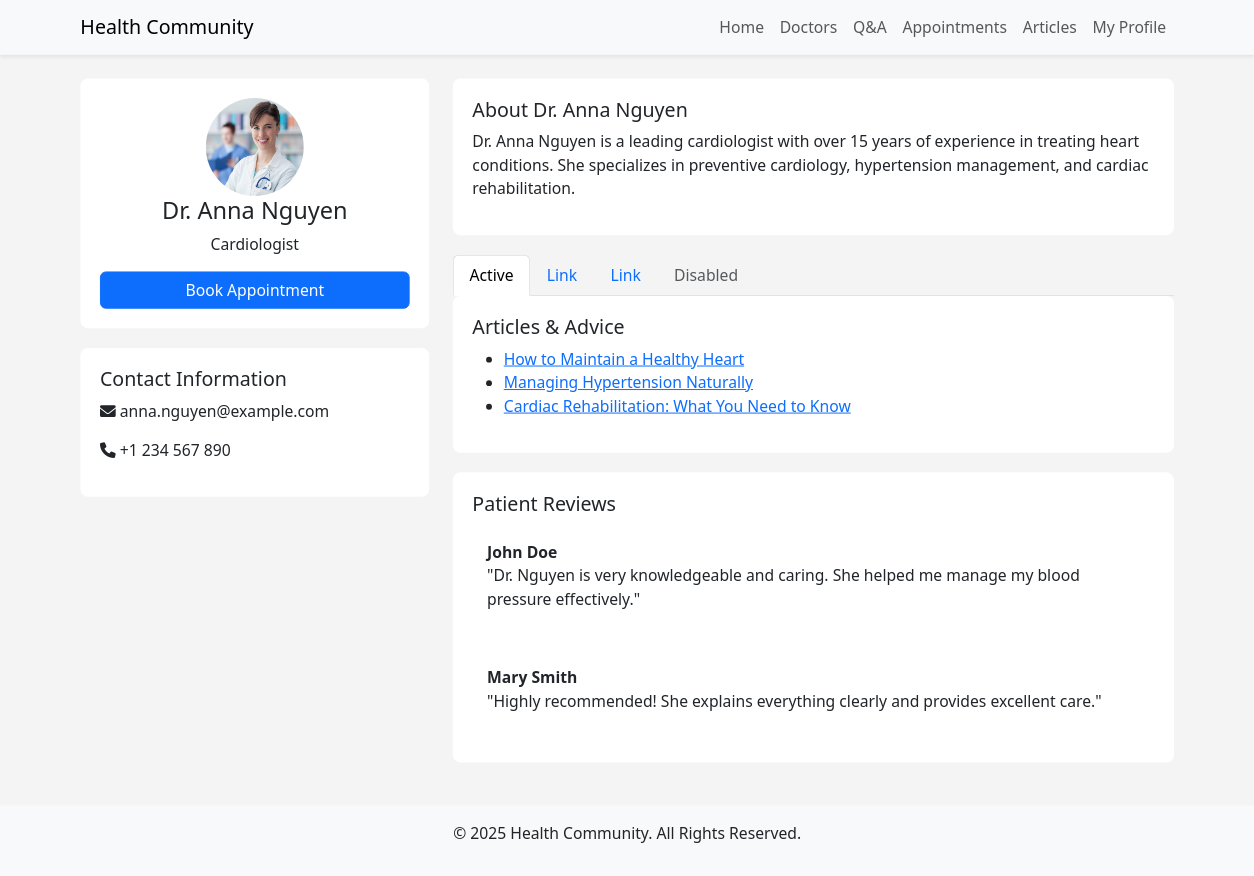
Repository: JonesKhaii/CodySocial
Page: tests/web-test/doctor-profile.html
An editor plug-in stored every save of this project. The page is shown before and after the next save, followed by the edit.
The browser window is 1280 px wide. The pictures show the whole page, at 98% of full size.

Above is the page before, as saved 2025-02-07 10:41:02.

### tests/web-test/doctor-profile.html
<!DOCTYPE html>
<html lang="en">
    <head>
        <meta charset="UTF-8" />
        <meta name="viewport" content="width=device-width, initial-scale=1.0" />
        <title>Doctor Profile | Health Community</title>
        <link
            rel="stylesheet"
            href="https://cdn.jsdelivr.net/npm/bootstrap@5.3.0/dist/css/bootstrap.min.css"
        />
        <link
            rel="stylesheet"
            href="https://cdnjs.cloudflare.com/ajax/libs/font-awesome/6.0.0/css/all.min.css"
        />
        <style>
            body {
                background-color: #f4f4f4;
            }
            .profile-card {
                background: white;
                padding: 20px;
                border-radius: 8px;
                margin-bottom: 20px;
            }
            .profile-photo {
                width: 100px;
                height: 100px;
                border-radius: 50%;
            }
            .review-box {
                background: white;
                padding: 15px;
                border-radius: 8px;
                margin-top: 10px;
            }
        </style>
    </head>
    <body>
        <nav class="navbar navbar-expand-lg navbar-light bg-light shadow-sm">
            <div class="container">
                <a class="navbar-brand" href="#">Health Community</a>
                <button
                    class="navbar-toggler"
                    type="button"
                    data-bs-toggle="collapse"
                    data-bs-target="#navbarNav"
                >
                    <span class="navbar-toggler-icon"></span>
                </button>
                <div class="collapse navbar-collapse" id="navbarNav">
                    <ul class="navbar-nav ms-auto">
                        <li class="nav-item">
                            <a class="nav-link" href="index2.html">Home</a>
                        </li>
                        <li class="nav-item">
                            <a class="nav-link" href="doctors.html">Doctors</a>
                        </li>
                        <li class="nav-item">
                            <a class="nav-link" href="#">Q&A</a>
                        </li>
                        <li class="nav-item">
                            <a class="nav-link" href="#">Appointments</a>
                        </li>
                        <li class="nav-item">
                            <a class="nav-link" href="#">Articles</a>
                        </li>
                        <li class="nav-item">
                            <a class="nav-link" href="#">My Profile</a>
                        </li>
                    </ul>
                </div>
            </div>
        </nav>

        <div class="container mt-4">
            <div class="row">
                <!-- Doctor Profile Section -->
                <div class="col-md-4">
                    <div class="profile-card text-center">
                        <img
                            src="asset/images/users/doctor1.jpeg"
                            class="profile-photo"
                        />
                        <h4>Dr. Anna Nguyen</h4>
                        <p>Cardiologist</p>
                        <button class="btn btn-primary w-100">
                            Book Appointment
                        </button>
                    </div>
                    <div class="profile-card">
                        <h5>Contact Information</h5>
                        <p>
                            <i class="fas fa-envelope"></i>
                            anna.nguyen@example.com
                        </p>
                        <p><i class="fas fa-phone"></i> +1 234 567 890</p>
                    </div>
                </div>

                <!-- Doctor Details Section -->
                <div class="col-md-8">
                    <div class="profile-card">
                        <h5>About Dr. Anna Nguyen</h5>
                        <p>
                            Dr. Anna Nguyen is a leading cardiologist with over
                            15 years of experience in treating heart conditions.
                            She specializes in preventive cardiology,
                            hypertension management, and cardiac rehabilitation.
                        </p>
                    </div>
                    <ul class="nav nav-tabs">
                        <li class="nav-item">
                            <a
                                class="nav-link active"
                                aria-current="page"
                                href="#"
                                >Active</a
                            >
                        </li>
                        <li class="nav-item">
                            <a class="nav-link" href="#">Link</a>
                        </li>
                        <li class="nav-item">
                            <a class="nav-link" href="#">Link</a>
                        </li>
                        <li class="nav-item">
                            <a class="nav-link disabled" aria-disabled="true"
                                >Disabled</a
                            >
                        </li>
                    </ul>

                    <div class="profile-card">
                        <h5>Articles & Advice</h5>
                        <ul>
                            <li>
                                <a href="#">How to Maintain a Healthy Heart</a>
                            </li>
                            <li>
                                <a href="#">Managing Hypertension Naturally</a>
                            </li>
                            <li>
                                <a href="#"
                                    >Cardiac Rehabilitation: What You Need to
                                    Know</a
                                >
                            </li>
                        </ul>
                    </div>

                    <div class="profile-card">
                        <h5>Patient Reviews</h5>
                        <div class="review-box">
                            <strong>John Doe</strong>
                            <p>
                                "Dr. Nguyen is very knowledgeable and caring.
                                She helped me manage my blood pressure
                                effectively."
                            </p>
                        </div>
                        <div class="review-box">
                            <strong>Mary Smith</strong>
                            <p>
                                "Highly recommended! She explains everything
                                clearly and provides excellent care."
                            </p>
                        </div>
                    </div>
                </div>
            </div>
        </div>

        <footer class="bg-light text-center p-3 mt-4">
            <p>&copy; 2025 Health Community. All Rights Reserved.</p>
        </footer>
    </body>
</html>

After the next save:
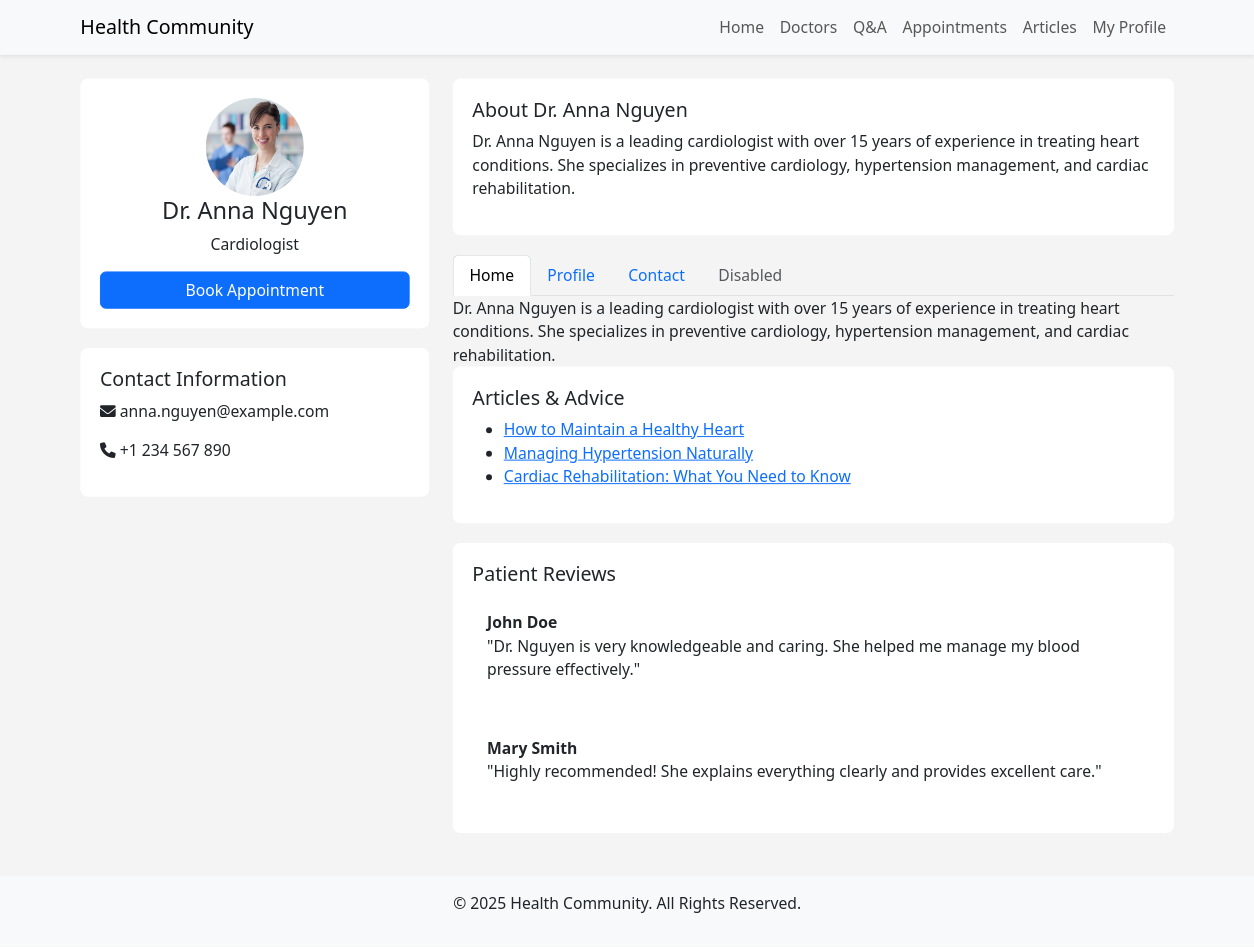
Saved 98 s later.
--- a/tests/web-test/doctor-profile.html
+++ b/tests/web-test/doctor-profile.html
@@ -108,27 +108,106 @@
                             hypertension management, and cardiac rehabilitation.
                         </p>
                     </div>
-                    <ul class="nav nav-tabs">
-                        <li class="nav-item">
-                            <a
+                    <ul class="nav nav-tabs" id="myTab" role="tablist">
+                        <li class="nav-item" role="presentation">
+                            <button
                                 class="nav-link active"
-                                aria-current="page"
-                                href="#"
-                                >Active</a
-                            >
-                        </li>
-                        <li class="nav-item">
-                            <a class="nav-link" href="#">Link</a>
-                        </li>
-                        <li class="nav-item">
-                            <a class="nav-link" href="#">Link</a>
-                        </li>
-                        <li class="nav-item">
-                            <a class="nav-link disabled" aria-disabled="true"
-                                >Disabled</a
-                            >
+                                id="home-tab"
+                                data-bs-toggle="tab"
+                                data-bs-target="#home-tab-pane"
+                                type="button"
+                                role="tab"
+                                aria-controls="home-tab-pane"
+                                aria-selected="true"
+                            >
+                                Home
+                            </button>
+                        </li>
+                        <li class="nav-item" role="presentation">
+                            <button
+                                class="nav-link"
+                                id="profile-tab"
+                                data-bs-toggle="tab"
+                                data-bs-target="#profile-tab-pane"
+                                type="button"
+                                role="tab"
+                                aria-controls="profile-tab-pane"
+                                aria-selected="false"
+                            >
+                                Profile
+                            </button>
+                        </li>
+                        <li class="nav-item" role="presentation">
+                            <button
+                                class="nav-link"
+                                id="contact-tab"
+                                data-bs-toggle="tab"
+                                data-bs-target="#contact-tab-pane"
+                                type="button"
+                                role="tab"
+                                aria-controls="contact-tab-pane"
+                                aria-selected="false"
+                            >
+                                Contact
+                            </button>
+                        </li>
+                        <li class="nav-item" role="presentation">
+                            <button
+                                class="nav-link"
+                                id="disabled-tab"
+                                data-bs-toggle="tab"
+                                data-bs-target="#disabled-tab-pane"
+                                type="button"
+                                role="tab"
+                                aria-controls="disabled-tab-pane"
+                                aria-selected="false"
+                                disabled
+                            >
+                                Disabled
+                            </button>
                         </li>
                     </ul>
+                    <div class="tab-content" id="myTabContent">
+                        <div
+                            class="tab-pane fade show active"
+                            id="home-tab-pane"
+                            role="tabpanel"
+                            aria-labelledby="home-tab"
+                            tabindex="0"
+                        >
+                            Dr. Anna Nguyen is a leading cardiologist with over
+                            15 years of experience in treating heart conditions.
+                            She specializes in preventive cardiology,
+                            hypertension management, and cardiac rehabilitation.
+                        </div>
+                        <div
+                            class="tab-pane fade"
+                            id="profile-tab-pane"
+                            role="tabpanel"
+                            aria-labelledby="profile-tab"
+                            tabindex="0"
+                        >
+                            ...
+                        </div>
+                        <div
+                            class="tab-pane fade"
+                            id="contact-tab-pane"
+                            role="tabpanel"
+                            aria-labelledby="contact-tab"
+                            tabindex="0"
+                        >
+                            ...
+                        </div>
+                        <div
+                            class="tab-pane fade"
+                            id="disabled-tab-pane"
+                            role="tabpanel"
+                            aria-labelledby="disabled-tab"
+                            tabindex="0"
+                        >
+                            ...
+                        </div>
+                    </div>
 
                     <div class="profile-card">
                         <h5>Articles & Advice</h5>
